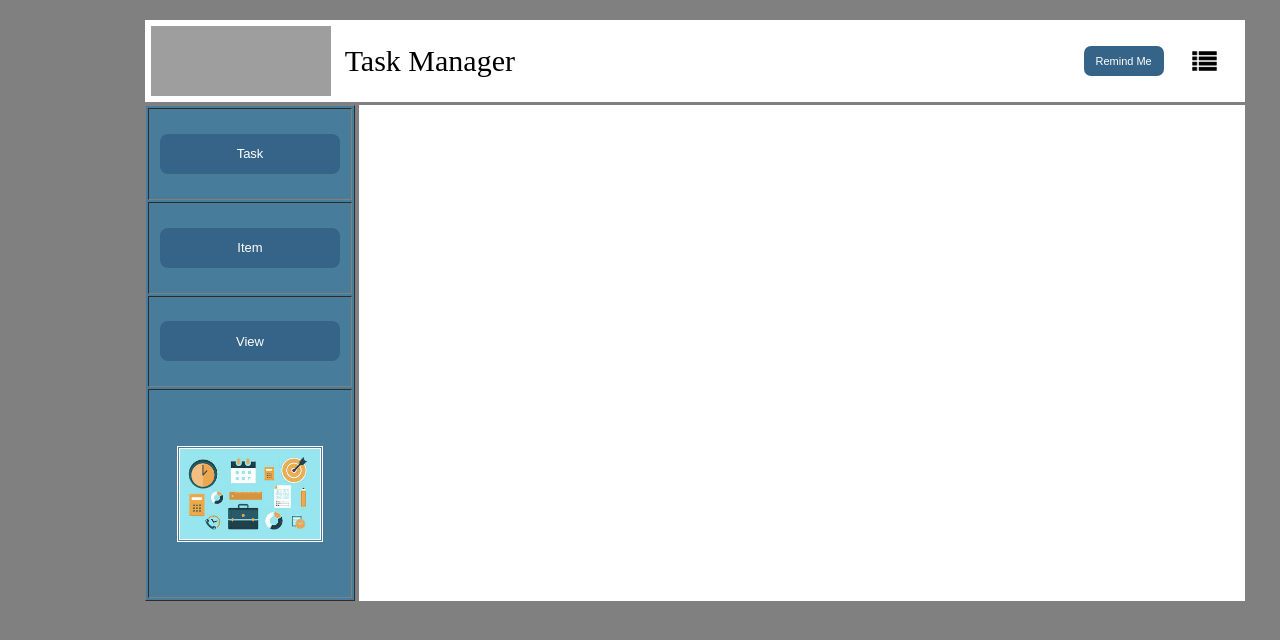
Repository: SnehaSalvi/TaskManagerProject
Page: http://localhost/TaskManagerChecklist/Home.jsp
These files come from the project's save history. The page is drawn as it stood at one moment and after the next save; the edit follows.
The browser window is 1280 px wide. The pictures show the whole page.
Pictures or frames that could not be fetched are drawn as grey boxes. The page is served by Tomcat 9.

Above is the page before, as saved 2016-10-14 09:13:52.

After the next save:
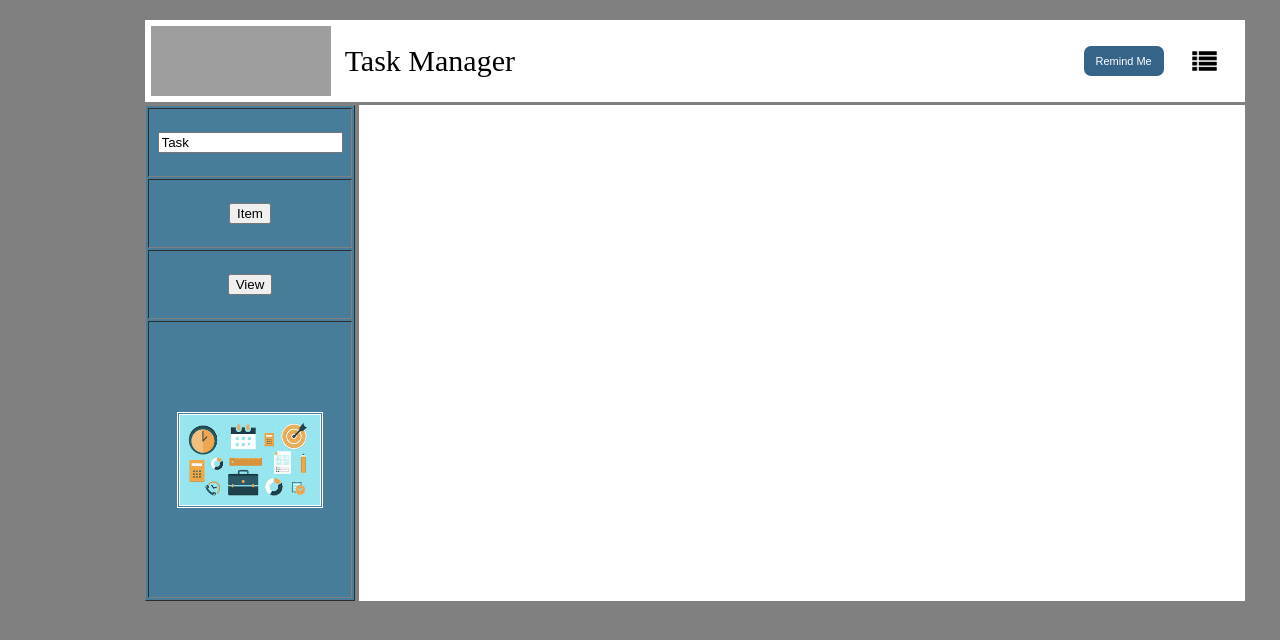
Saved 4 min 14 s later.
--- a/TaskManagerChecklist/WebContent/Home.jsp
+++ b/TaskManagerChecklist/WebContent/Home.jsp
@@ -33,7 +33,7 @@
 				<table id="table2" border="1">
 					<tr>
 						<td id="#td5" align="center">
-							<input type="button" name="task" id="button2" value="Task" onclick="AddTask.jsp"/>
+							<input type="label" name="task" id="lable_task" value="Task" onclick="AddTask.jsp"/>
 						</td>
 					</tr>
 					<tr>
--- a/TaskManagerChecklist/WebContent/home.css
+++ b/TaskManagerChecklist/WebContent/home.css
@@ -132,7 +132,7 @@ tr
     font-size: 11px;
     border: 0;
 }
-#button2
+#label5
 {
     height: 40px;
     width: 180px;
